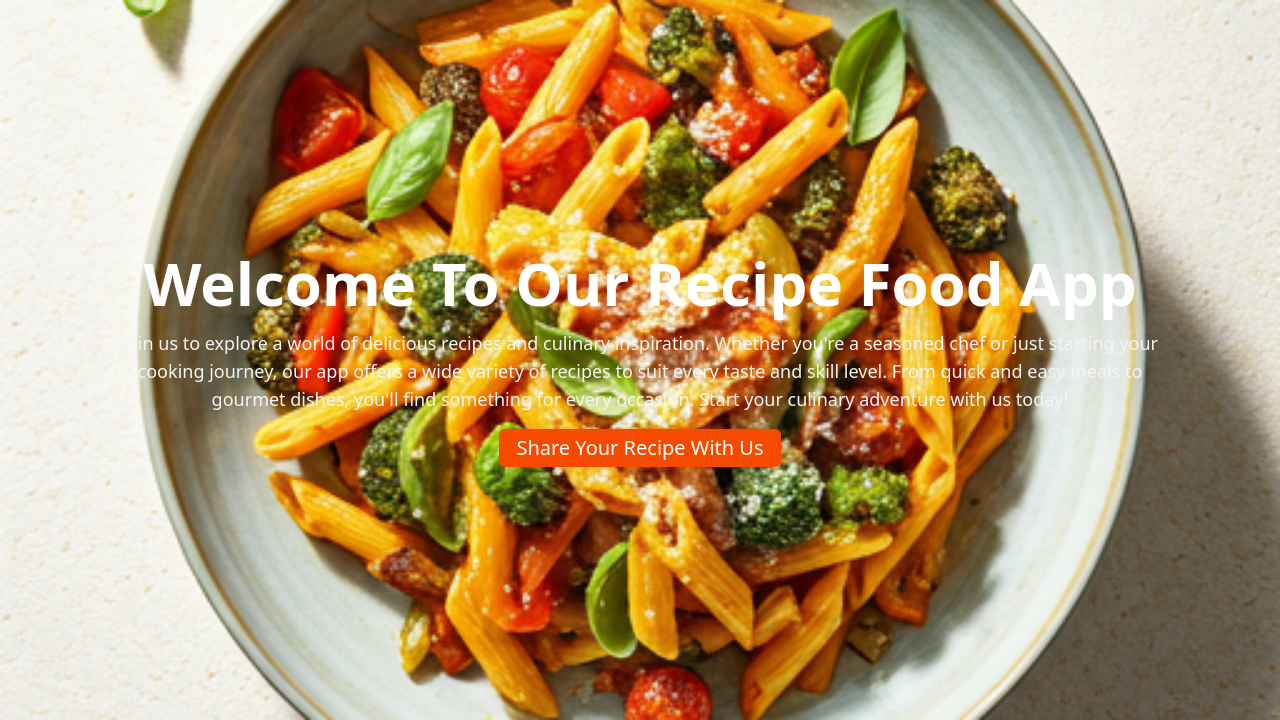
Repository: Eslam0Mohamed/mern-recipe-app
Page: / (app in FrontEnd/)
These files come from the project's save history. The page is drawn as it stood at one moment and after a run of saves; the edit follows.
The browser window is 1280 px wide. The pictures show the whole page.
The project was rebuilt for these pictures with package versions that can differ from the ones it lists, and the page was loaded fresh each time. Also part of the build but not shown: FrontEnd/vite.config.js.

Above is the page before, as saved 2026-05-07 18:26:38.

After the next 4 saves:
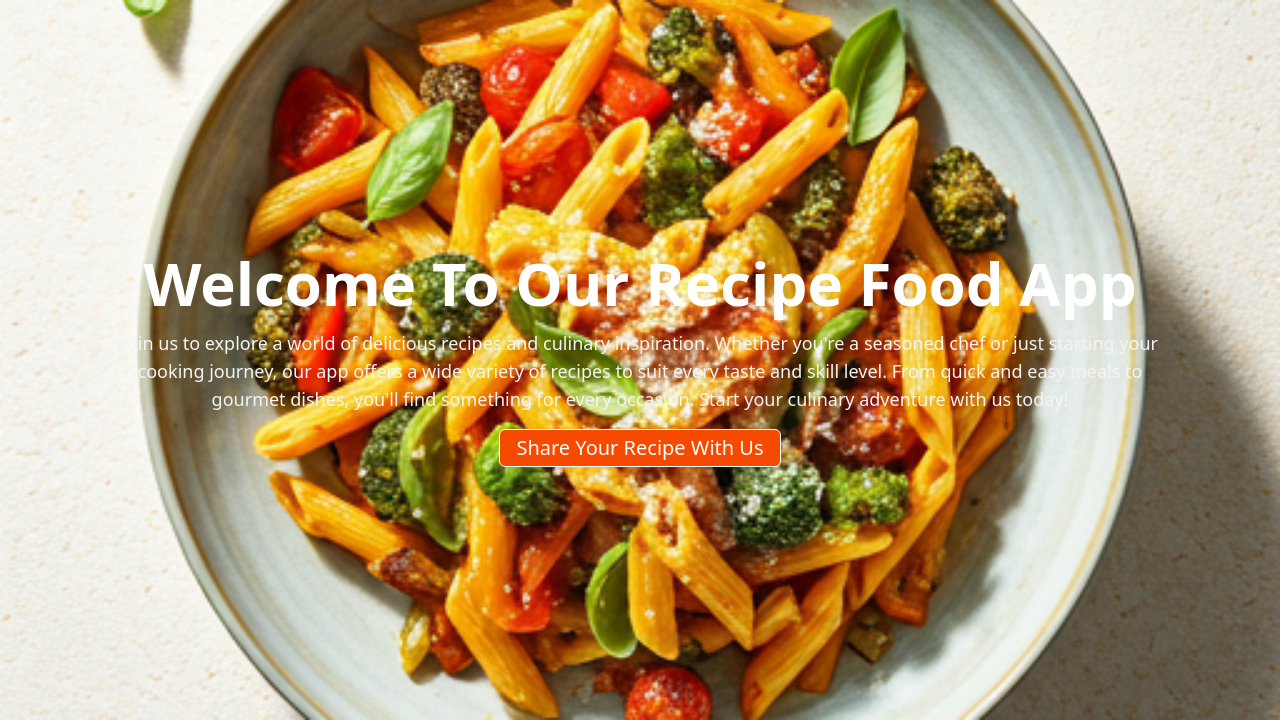
The 4 saves are shown as one change because they came seconds apart.
The last was saved 18 s later.
--- a/FrontEnd/src/pages/Home.jsx
+++ b/FrontEnd/src/pages/Home.jsx
@@ -6,7 +6,7 @@ function Home() {
       <div className='left container flex flex-col gap-4 text-center justify-center items-center' >
         <h1 className='text-white text-6xl font-semibold'>Welcome To Our Recipe Food App</h1>
         <p className='text-md text-gray-100 font-medium text-lg'> Join us to explore a world of delicious recipes and culinary inspiration. Whether you're a seasoned chef or just starting your cooking journey, our app offers a wide variety of recipes to suit every taste and skill level. From quick and easy meals to gourmet dishes, you'll find something for every occasion. Start your culinary adventure with us today!</p>
-      <button className='w-fit outline-none px-4 py-1  text-xl border cursor-pointer border-orange-600 bg-orange-600 text-white transition-colors duration-300 rounded-md hover:bg-orange-700 hover:scale-105 '>Share Your Recipe With Us</button>
+      <button className='w-fit outline-none px-4 py-1  text-xl border cursor-pointer border-white bg-orange-600 text-white transition-colors duration-300 rounded-md hover:bg-orange-700 hover:scale-105 '>Share Your Recipe With Us</button>
       </div>
       {/* <div className='right'>
         <img src={""} alt="share your recipe" />
